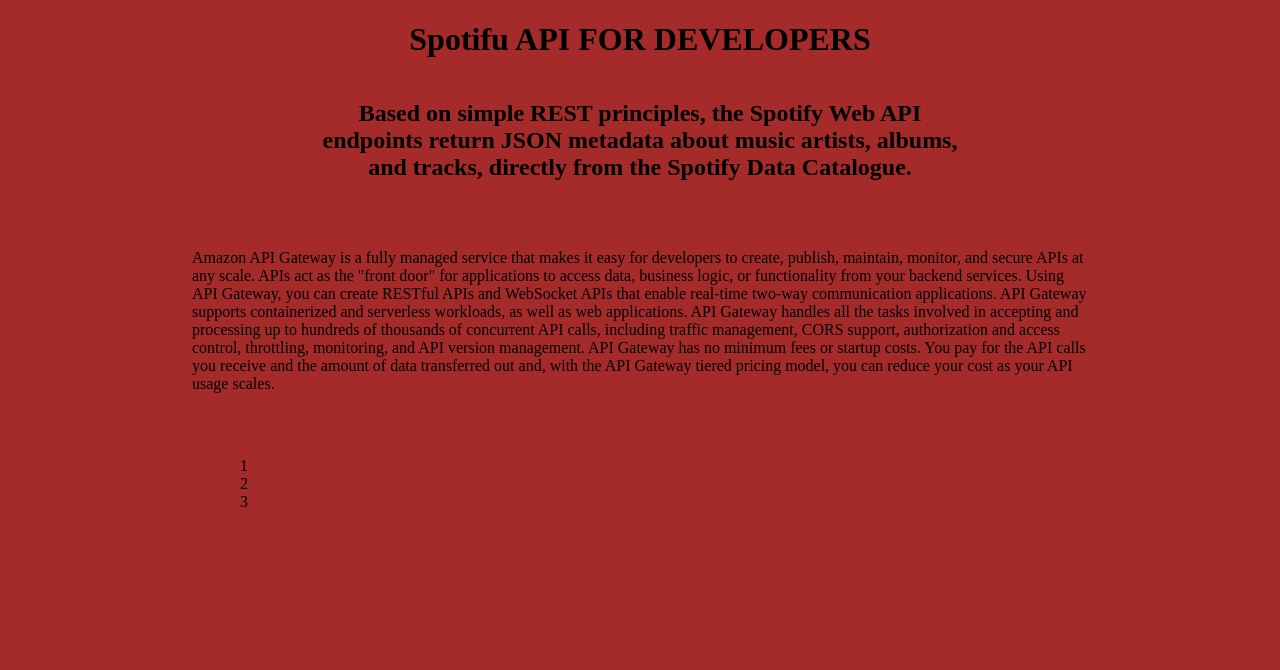
Repository: eliasihai/dizza-html-project
Page: index.html
These files come from the project's save history. The page is drawn as it stood at one moment and after the next save; the edit follows.
The browser window is 1280 px wide. The pictures show the whole page.

Above is the page before, as saved 2022-01-26 00:26:46.

### index.html
<!DOCTYPE html>
<html lang="en">
  <head>
    <meta charset="UTF-8" />
    <meta http-equiv="X-UA-Compatible" content="IE=edge" />
    <meta name="viewport" content="width=device-width, initial-scale=1.0" />
    <link rel="stylesheet" href="style.css" />
    <link rel="preconnect" href="https://fonts.googleapis.com" />
    <link rel="preconnect" href="https://fonts.gstatic.com" crossorigin />
    <link
      href="https://fonts.googleapis.com/css2?family=Source+Serif+4:ital,wght@0,300;0,400;0,500;0,700;1,300;1,700&display=swap"
      rel="stylesheet"
    />
    <title>Spotify API For</title>
  </head>
  <body>
    <div class="container">
      <div class="header_container">
        <!-- <div>
          <img
            src="./png-transparent-youtube-logo-youtube-logo-computer-icons-subscribe-angle-rectangle-airplane.png"
            width="150px"
            alt="This is AWS API image"
          />
        </div> -->
        <div class="title_style">
          <h1>Spotifu API FOR DEVELOPERS</h1>
          <h2>
            Based on simple REST principles, the Spotify Web API endpoints
            return JSON metadata about music artists, albums, and tracks,
            directly from the Spotify Data Catalogue.
          </h2>
        </div>
      </div>

      <div class="describe_container">
        <div class="describe_text">
          Amazon API Gateway is a fully managed service that makes it easy for
          developers to create, publish, maintain, monitor, and secure APIs at
          any scale. APIs act as the "front door" for applications to access
          data, business logic, or functionality from your backend services.
          Using API Gateway, you can create RESTful APIs and WebSocket APIs that
          enable real-time two-way communication applications. API Gateway
          supports containerized and serverless workloads, as well as web
          applications. API Gateway handles all the tasks involved in accepting
          and processing up to hundreds of thousands of concurrent API calls,
          including traffic management, CORS support, authorization and access
          control, throttling, monitoring, and API version management. API
          Gateway has no minimum fees or startup costs. You pay for the API
          calls you receive and the amount of data transferred out and, with the
          API Gateway tiered pricing model, you can reduce your cost as your API
          usage scales.
        </div>
        <div class="list_container">
          <ul>
            <ol>
              1
            </ol>
            <ol>
              2
            </ol>
            <ol>
              3
            </ol>
          </ul>
        </div>
      </div>
    </div>
  </body>
</html>

### style.css
body,
html {
  height: 100%;
  margin: 0;
}
.container {
  height: 100%;
  background-position: center;
  background-repeat: no-repeat;
  background-size: cover;
  background-color: brown;
  padding: 0 10rem;
}
.header_container {
  display: flex;
  flex-direction: column;
}
.title_style {
  display: flex;
  flex-direction: column;
  text-align: center;

}
.title_style h2{
    padding: 0 10rem;
}
.describe_container {
  /* display: flex; */
}
.describe_text {
  margin: 3rem 2rem;
  flex: 50%;
}
.list_container {
  display: flex;
  align-items: center;
  justify-content: flex-start;
  flex: 50%;
}

After the next save:
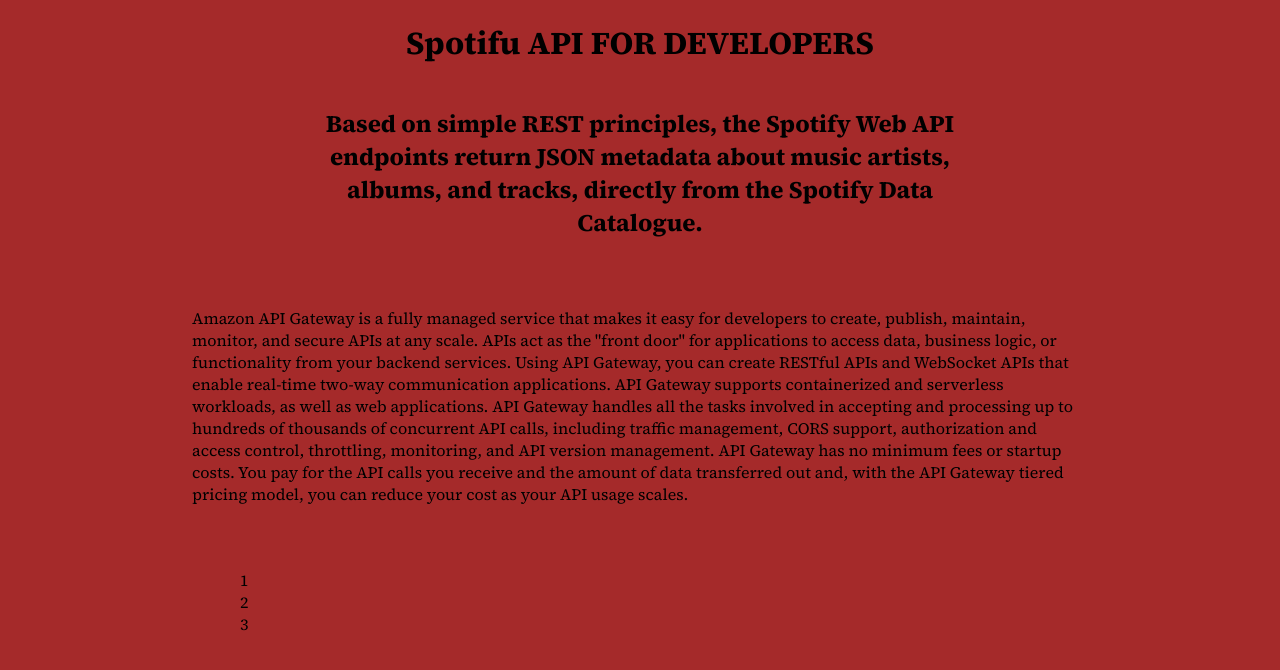
Saved 20 s later.
--- a/style.css
+++ b/style.css
@@ -2,6 +2,7 @@
 html {
   height: 100%;
   margin: 0;
+  font-family: 'Source Serif 4', sans-serif;
 }
 .container {
   height: 100%;
